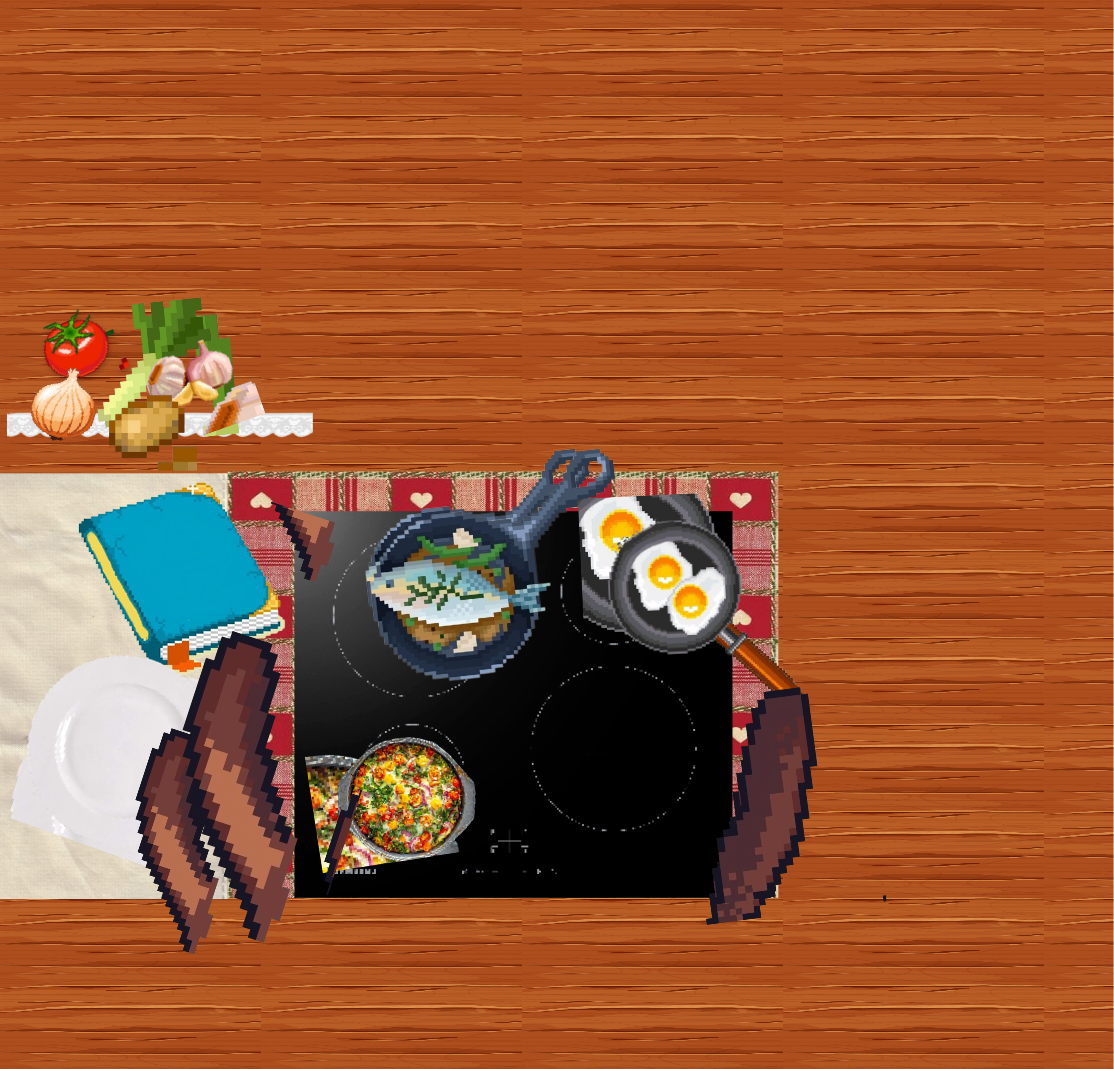
Repository: AJamdonuts/ToddyTalks
Page: playingaround2/pages/chefsujin.html
The author's editor kept a copy of each file at every save. The page is drawn from the files as they stood at one save, then again after the next save.
The browser window is 1280 px wide. The pictures show the whole page, at 87% of full size.

Above is the page before, as saved 2025-11-26 20:26:41.

After the next save:
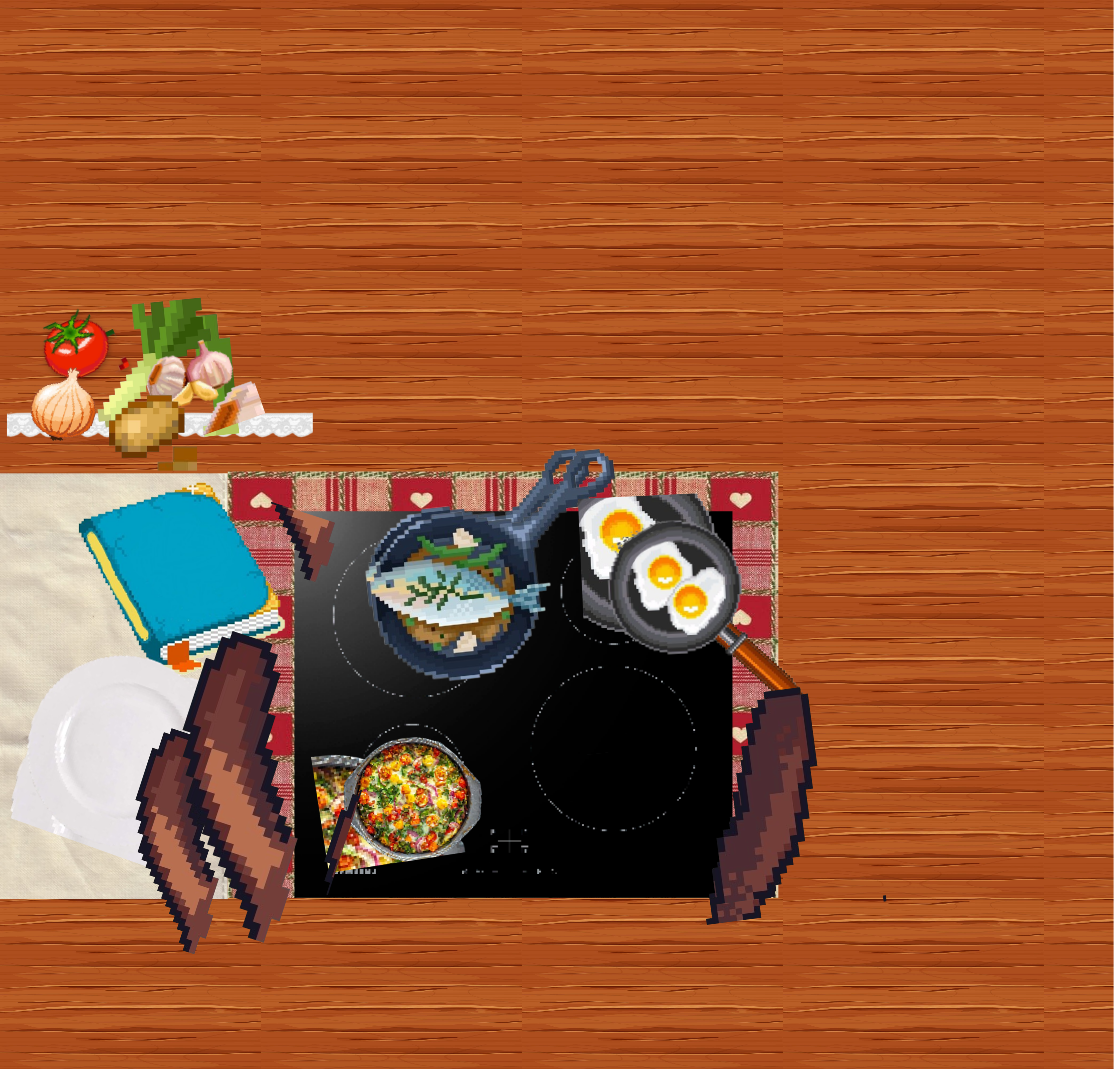
Saved 9 s later.
--- a/playingaround2/styles/chefsujin.css
+++ b/playingaround2/styles/chefsujin.css
@@ -138,7 +138,7 @@ body {
     position: absolute;
     width: 207px;
     height: 310px;
-    left: 550px;
+    left: 560px;
     top: 703.1px;
     background: url(pxArt-2-removebg-preview.png);
     transform: rotate(81.24deg);
